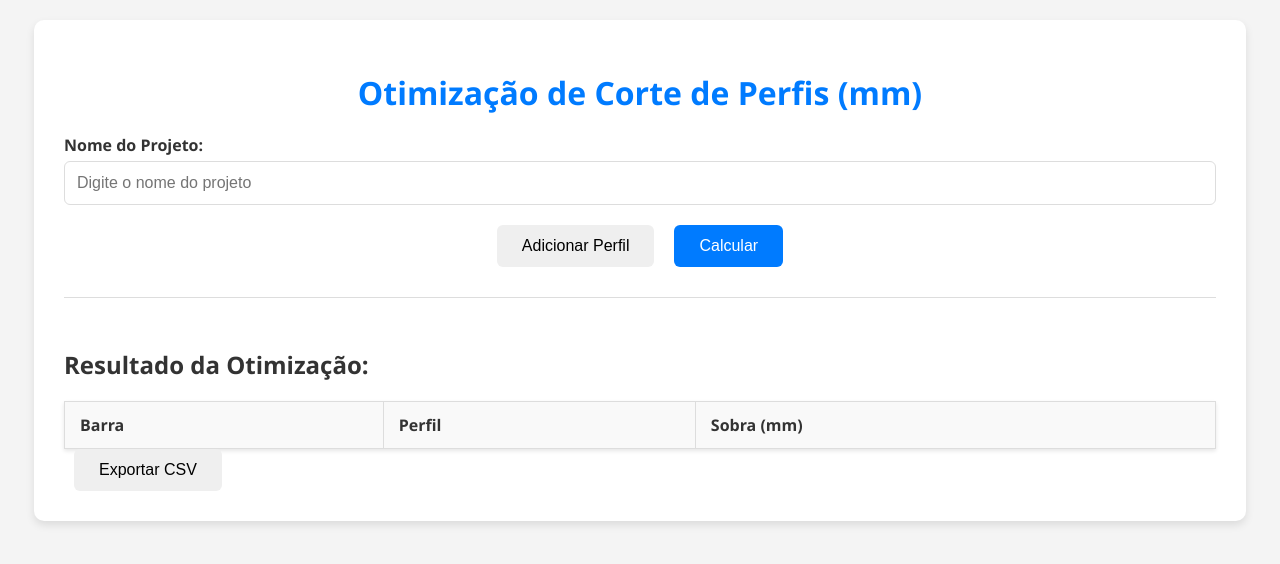
Repository: brianbebop/aqui
Page: index.html
An editor plug-in stored every save of this project. The page is shown before and after the next save, followed by the edit.
The browser window is 1280 px wide. The pictures show the whole page.

Above is the page before, as saved 2025-03-20 22:01:09.

After the next save:
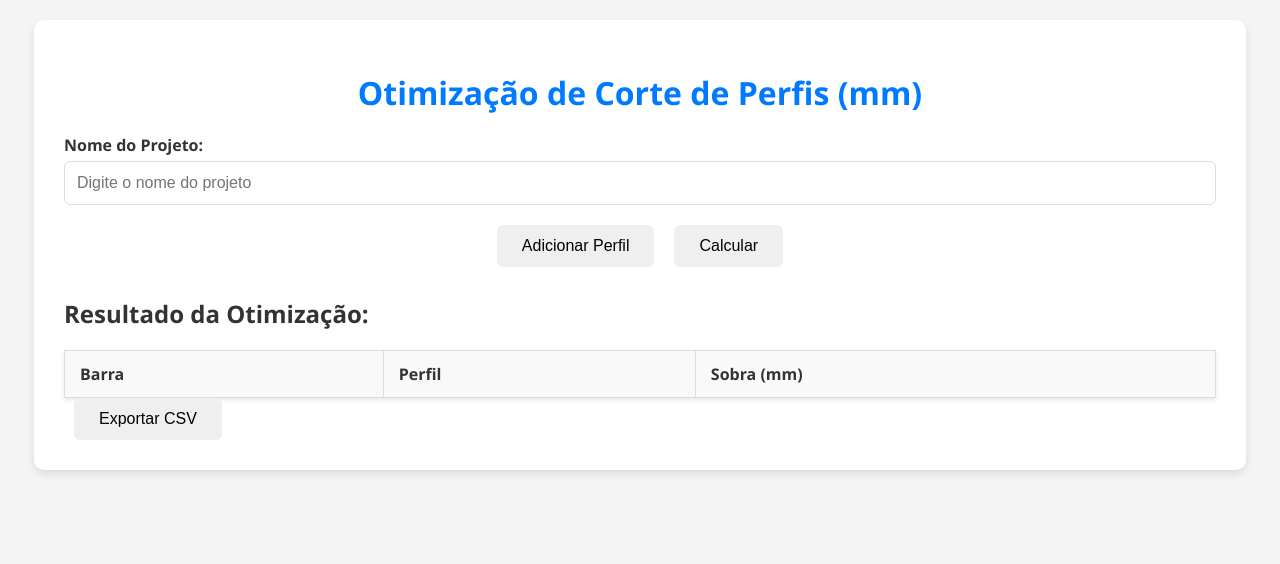
Saved 5 min 6 s later.
--- a/index.html
+++ b/index.html
@@ -3,35 +3,36 @@
 <head>
     <title>Otimização de Corte de Perfis (mm)</title>
     <meta charset="UTF-8">
+    <meta name="viewport" content="width=device-width, initial-scale=1.0">
     <link rel="stylesheet" href="style.css">
 </head>
 <body>
     <div class="container">
-        <h1>Otimização de Corte de Perfis (mm)</h1>
+        <h1 class="page-title">Otimização de Corte de Perfis (mm)</h1>
         <div class="project-info">
-            <label for="nomeProjeto">Nome do Projeto:</label>
-            <input type="text" id="nomeProjeto" placeholder="Digite o nome do projeto">
+            <label for="nomeProjeto" class="form-label">Nome do Projeto:</label>
+            <input type="text" id="nomeProjeto" class="form-input" placeholder="Digite o nome do projeto">
         </div>
         <div id="perfis" class="perfis-container">
             </div>
         <div class="button-container">
-            <button id="adicionarPerfil" class="btn">Adicionar Perfil</button>
-            <button id="calcular" class="btn btn-primary">Calcular</button>
+            <button id="adicionarPerfil" class="btn btn-add-perfil">Adicionar Perfil</button>
+            <button id="calcular" class="btn btn-calculate">Calcular</button>
         </div>
-        <div id="resultado" class="resultado-container">
-            <h2>Resultado da Otimização:</h2>
-            <table id="resumoBarras">
+        <div id="resultado" class="result-container">
+            <h2 class="result-title">Resultado da Otimização:</h2>
+            <table id="resumoBarras" class="result-table">
                 <thead>
                     <tr>
-                        <th>Barra</th>
-                        <th>Perfil</th>
-                        <th>Sobra (mm)</th>
+                        <th class="table-header">Barra</th>
+                        <th class="table-header">Perfil</th>
+                        <th class="table-header">Sobra (mm)</th>
                     </tr>
                 </thead>
                 <tbody>
-                </tbody>
+                    </tbody>
             </table>
-            <button id="exportarCSV" class="btn">Exportar CSV</button>
+            <button id="exportarCSV" class="btn btn-export">Exportar CSV</button>
         </div>
     </div>
     <script src="script.js"></script>
